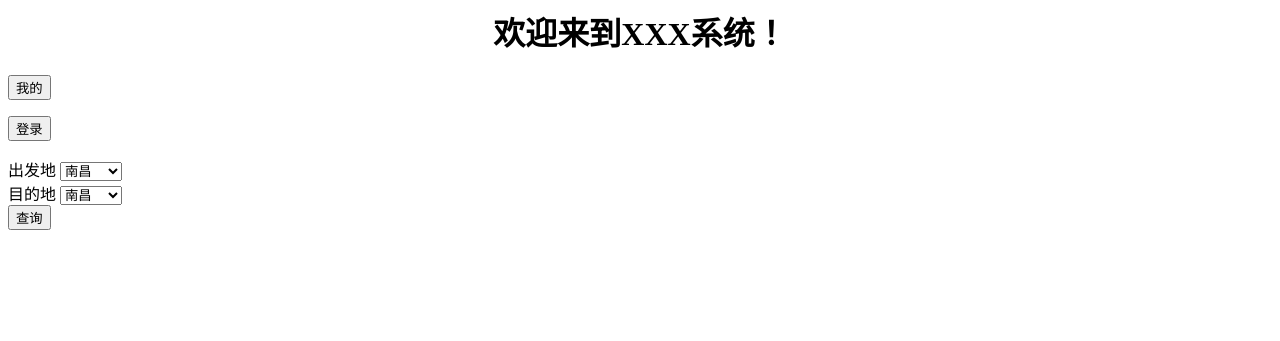
Repository: never-404/Intelligent-recommendation-system
Page: http://localhost/Intelligent-recommendation-system/mainpage.jsp
The author's editor kept a copy of each file at every save. The page is drawn from the files as they stood at one save, then again after the next save.
The browser window is 1280 px wide. The pictures show the whole page.
The page is served by Tomcat 9. Nobody is signed in. The application's start-up code is not run.

Above is the page before, as saved 2019-04-12 10:18:08.

After the next save:
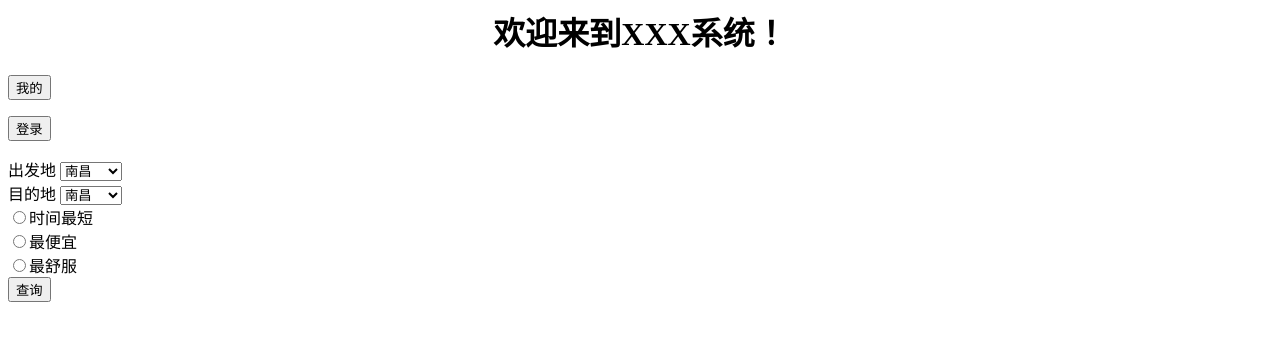
Saved 112 s later.
--- a/Intelligent-recommendation-system/WebRoot/mainpage.jsp
+++ b/Intelligent-recommendation-system/WebRoot/mainpage.jsp
@@ -58,6 +58,10 @@
     	</select>
         <br>
 
+	<input type="radio" name="selection">时间最短<br>
+	<input type="radio" name="selection">最便宜<br>
+	<input type="radio" name="selection">最舒服<br>
+
 	<form action = "result.jsp" method = "post">
 		<input type="submit" value ="查询">
 	</form>
